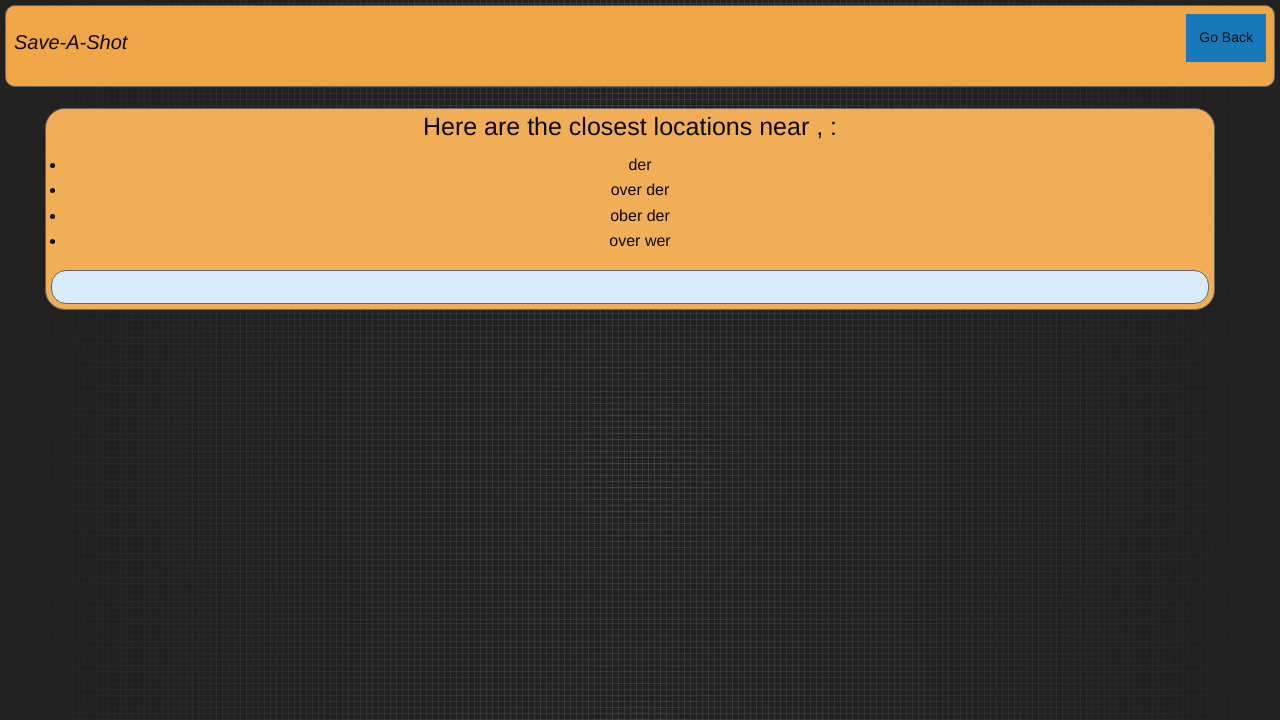
Repository: seddboi/Save-A-Shot
Page: results.html
These files come from the project's save history. The page is drawn as it stood at one moment and after the next save; the edit follows.
The browser window is 1280 px wide. The pictures show the whole page.
The page's requests for data from a server got no answer. Some web libraries are served in a nearby version.

Above is the page before, as saved 2021-03-19 18:25:14.

After the next save:
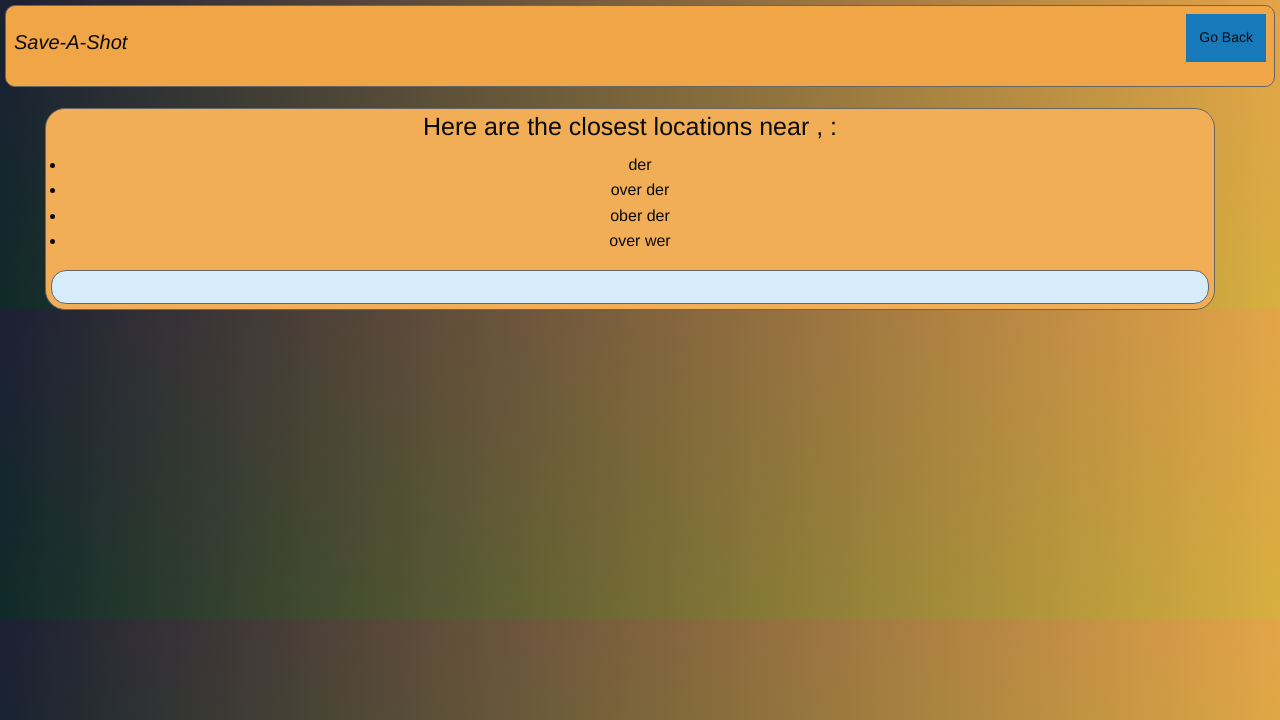
Saved 52 s later.
--- a/assets/css/scheduler.css
+++ b/assets/css/scheduler.css
@@ -2,7 +2,7 @@
     box-sizing: border-box;
 }
 body {
-    background-image: radial-gradient(circle at center center, transparent 0%,rgb(33,33,33) 99%),repeating-linear-gradient(0deg, rgba(163, 163, 163,0.2) 0px, rgba(163, 163, 163,0.2) 1px,transparent 1px, transparent 6px),repeating-linear-gradient(90deg, rgba(163, 163, 163,0.2) 0px, rgba(163, 163, 163,0.2) 1px,transparent 1px, transparent 6px),linear-gradient(90deg, rgb(33,33,33),rgb(33,33,33));
+    background-image: linear-gradient(0deg, rgba(71, 224, 17, 0.15) 0%,rgba(159, 153, 81, 0.15) 100%),linear-gradient(90deg, rgb(5, 10, 46),#f0a647);
 }
 .top-bar {
     border: 1px solid#666;
